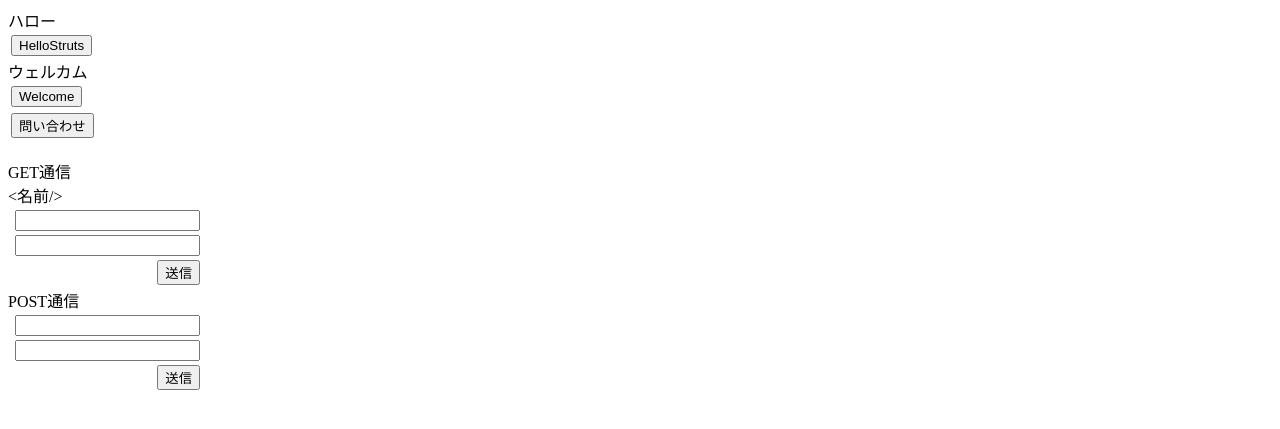
Repository: fujita0830/learning
Page: http://localhost/WebProj/
The author's editor kept a copy of each file at every save. The page is drawn from the files as they stood at one save, then again after the next save.
The browser window is 1280 px wide. The pictures show the whole page.
The page is served by Tomcat 9.

Above is the page before, as saved 2018-12-21 05:29:15.

After the next save:
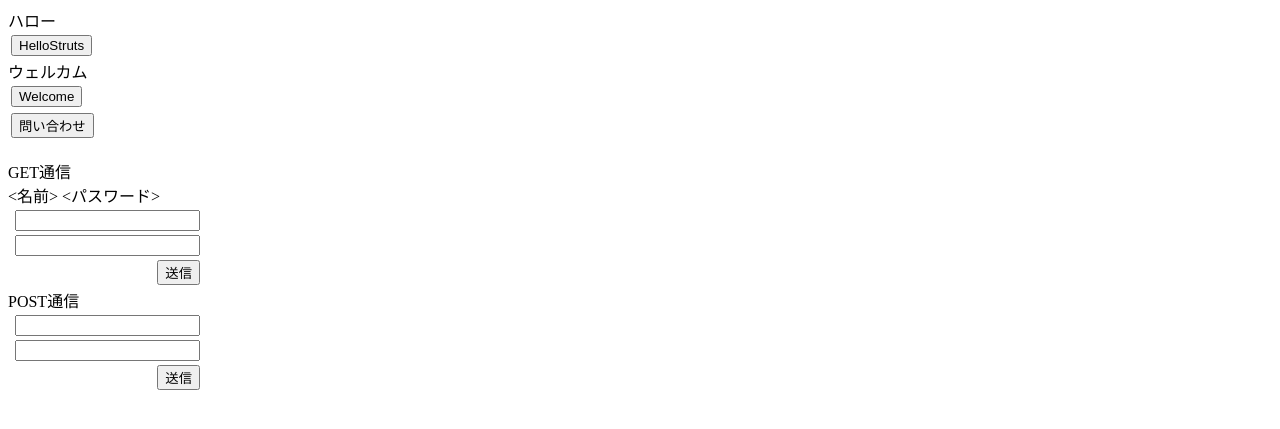
Saved 37 s later.
--- a/WebProj/WebContent/index.jsp
+++ b/WebProj/WebContent/index.jsp
@@ -27,8 +27,9 @@
 <br>
 GET通信
 <s:form method="get" action="TestAction">
-<名前/>
+<名前>
 <s:textfield  name="username" />
+<パスワード>
 <s:password name="password"/>
 <s:submit value="送信"/>
 </s:form>
